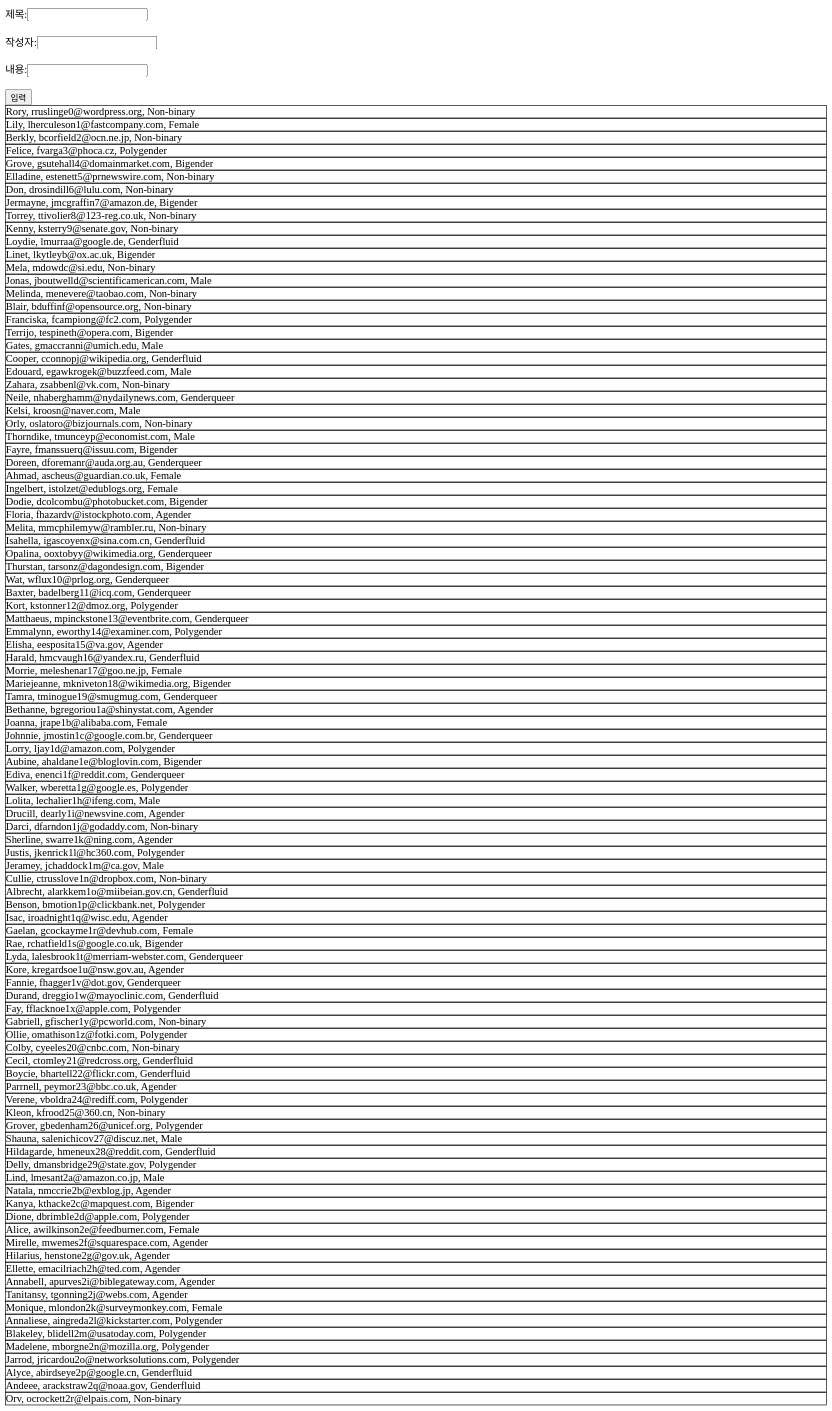
Repository: RyuJelly/211
Page: java_web/jQuery/WebContent/blogmission/main.html
The author's editor kept a copy of each file at every save. The page is drawn from the files as they stood at one save, then again after the next save.
The browser window is 1280 px wide. The pictures show the whole page, at 65% of full size.
Some web libraries are served in a nearby version.

Above is the page before, as saved 2021-03-18 06:21:13.

After the next save:
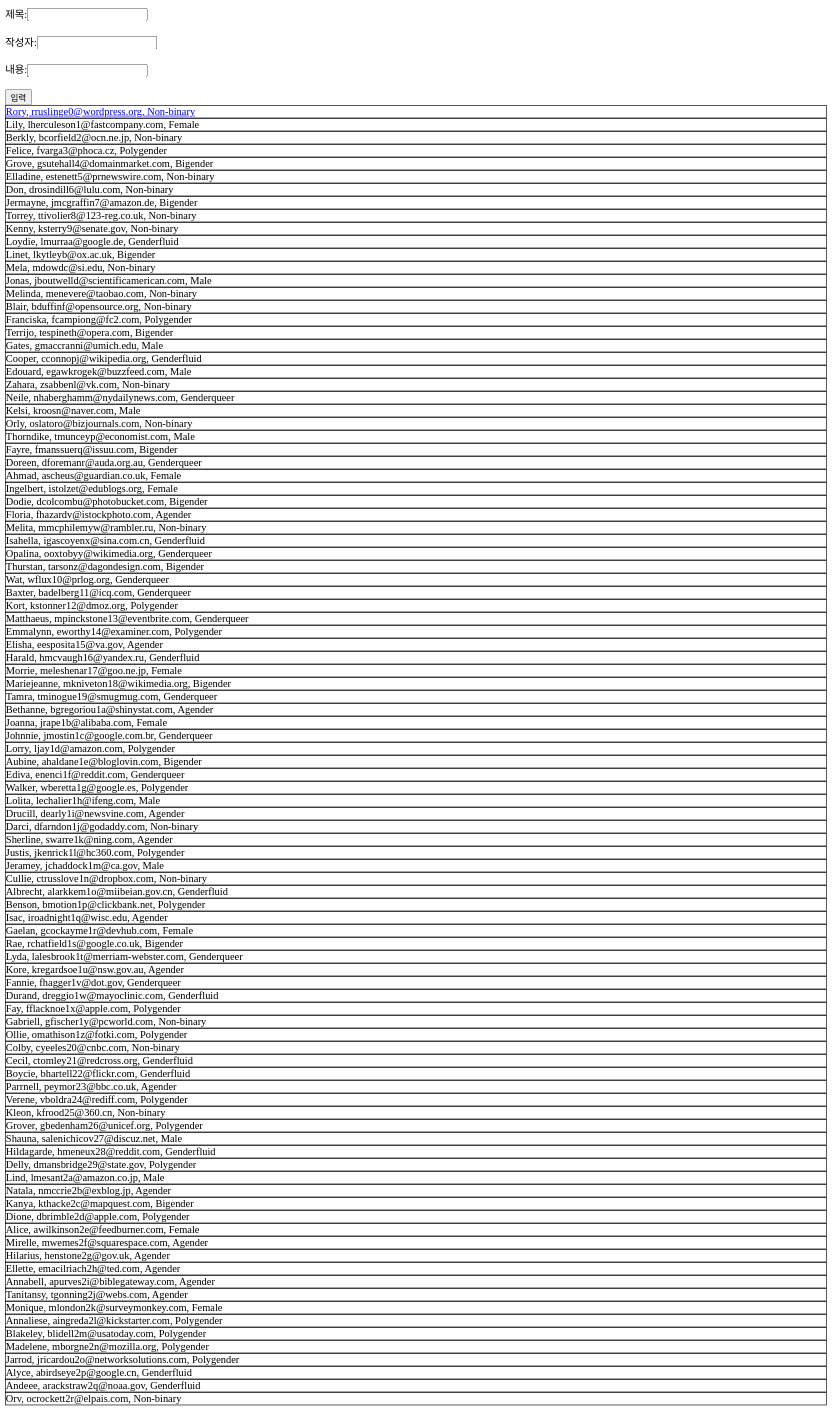
Saved 50 s later.
--- a/java_web/jQuery/WebContent/blogmission/blog.js
+++ b/java_web/jQuery/WebContent/blogmission/blog.js
@@ -73,7 +73,7 @@ $(function(){
 			var html = '<div class="blog" id="f1">' + m.name + ', ' + m.email + ', ' + m.gender;
 			$('#js').append(html);
 		});
-		$('#f1').wrapInner('<a />')
+		$('#f1').wrapInner('<a href="#" />')
 	});
 
 });
